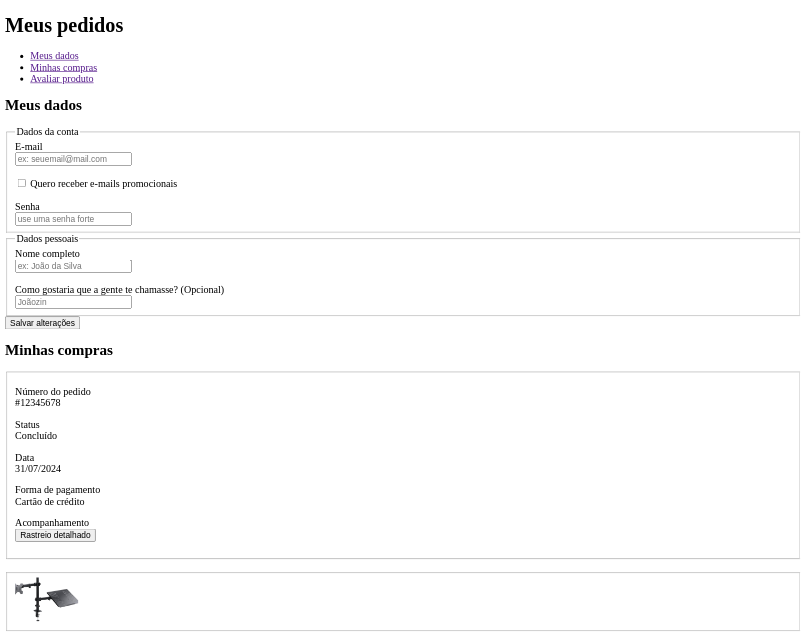
Repository: claudemir-camargo/site-compras
Page: index.html
These files come from the project's save history. The page is drawn as it stood at one moment and after the next save; the edit follows.
The browser window is 1280 px wide. The pictures show the whole page, at 63% of full size.

Above is the page before, as saved 2024-03-03 14:44:40.

After the next save:
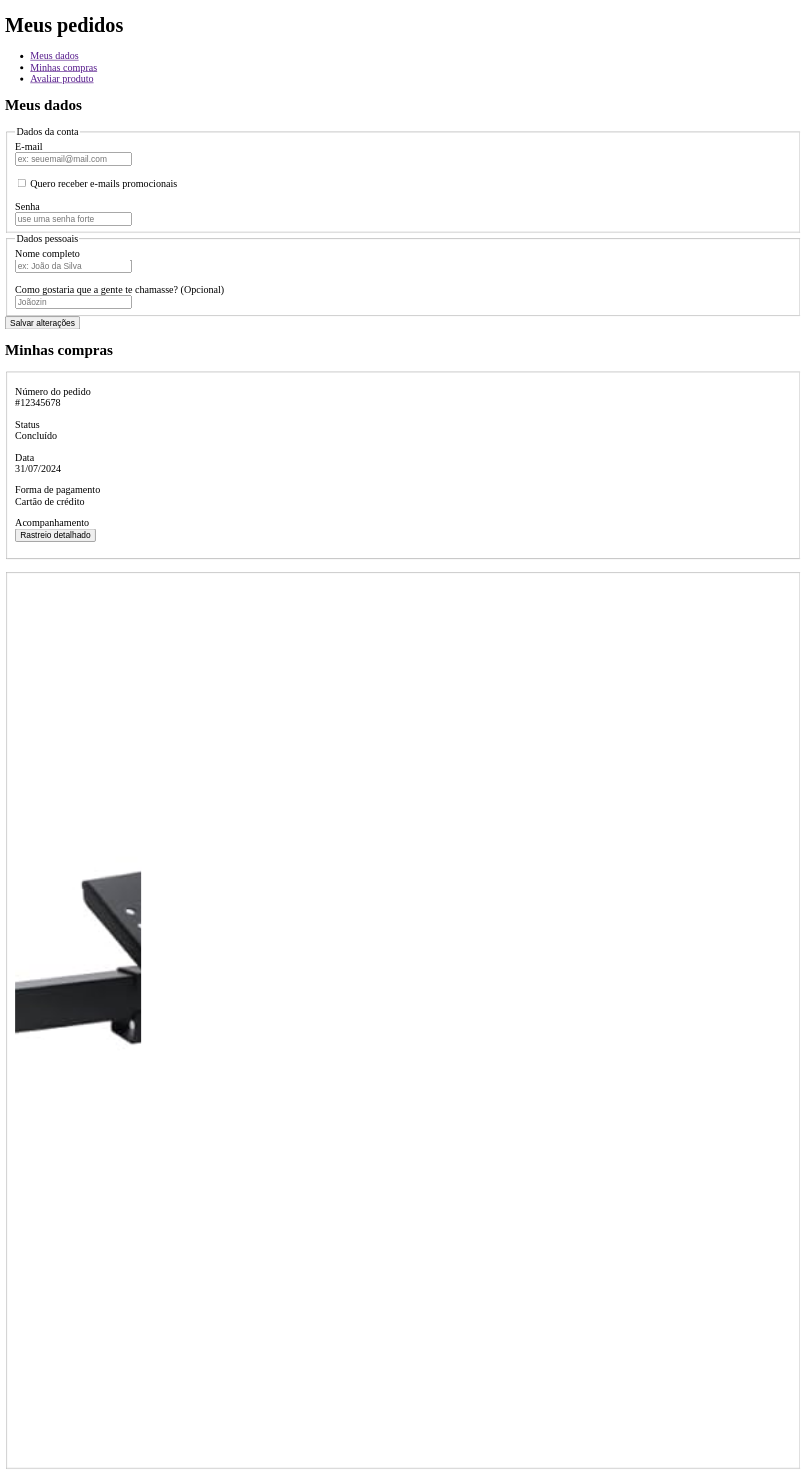
Saved 38 s later.
--- a/css/style.css
+++ b/css/style.css
@@ -1,5 +1,5 @@
 img {
-    width: 100px;
-    height: 70px;
+    width: 200px;
+    height: 1400px;
     object-fit: cover;
 }

After the save that followed:
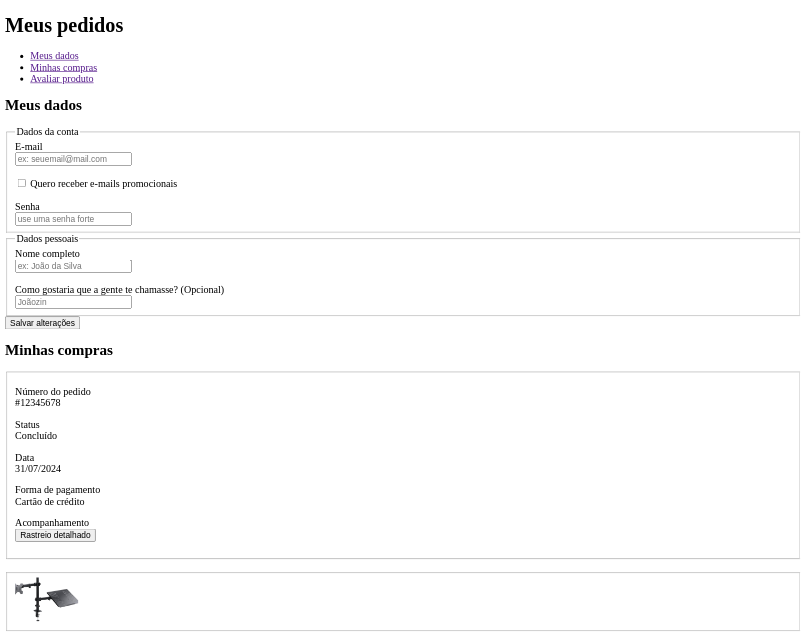
Saved 18 s later.
--- a/css/style.css
+++ b/css/style.css
@@ -1,5 +1,5 @@
 img {
-    width: 200px;
-    height: 1400px;
+    width: 100px;
+    height: 70px;
     object-fit: cover;
 }
